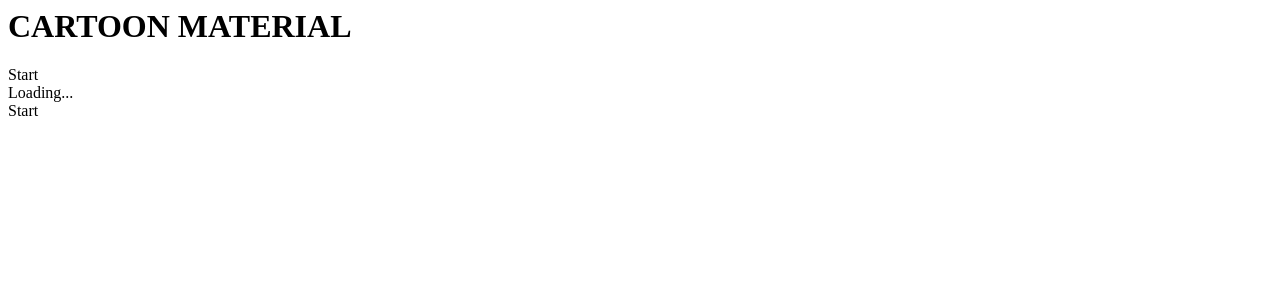
Repository: Hexya/ToonMaterial
Page: app/index.html
The author's editor kept a copy of each file at every save. The page is drawn from the files as they stood at one save, then again after the next save.
The browser window is 1280 px wide. The pictures show the whole page.

Above is the page before, as saved 2021-05-26 15:34:28.

After the next save:
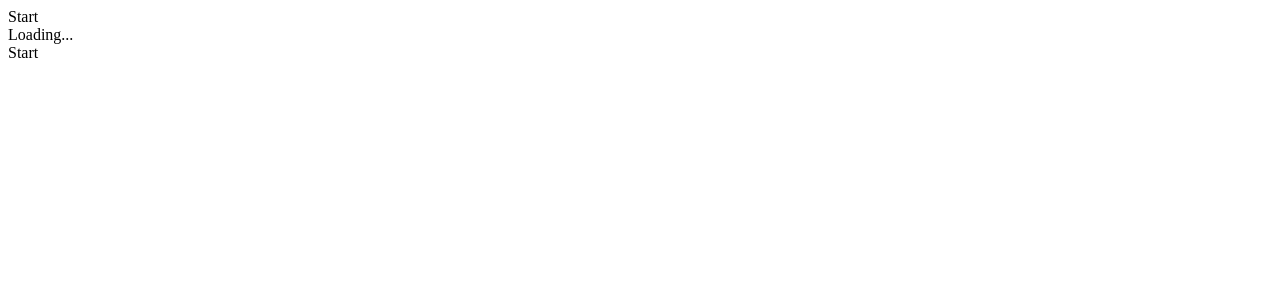
Saved 8 s later.
--- a/app/index.html
+++ b/app/index.html
@@ -3,7 +3,6 @@
         <title>Three Toon Material Exp</title>
     </head>
     <body>
-        <h1>CARTOON MATERIAL</h1>
         <div id="main">
             <div class="warning">
             </div>

After the save that followed:
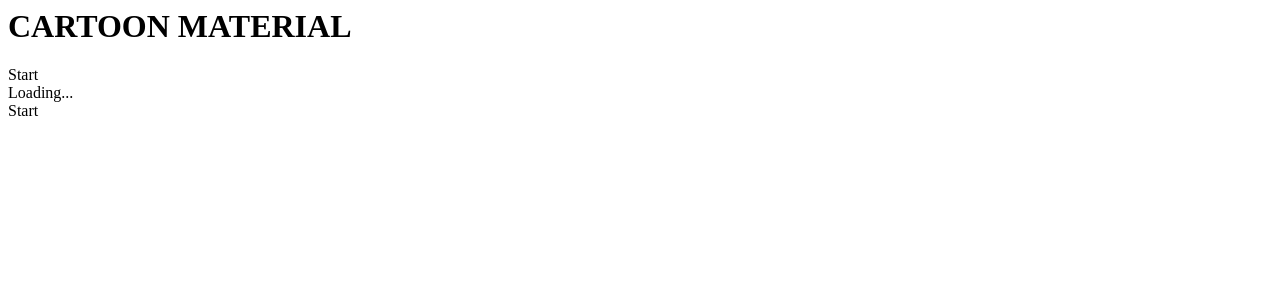
Saved 9 s later.
--- a/app/index.html
+++ b/app/index.html
@@ -3,6 +3,8 @@
         <title>Three Toon Material Exp</title>
     </head>
     <body>
+        <h1>CARTOON MATERIAL</h1>
+
         <div id="main">
             <div class="warning">
             </div>
